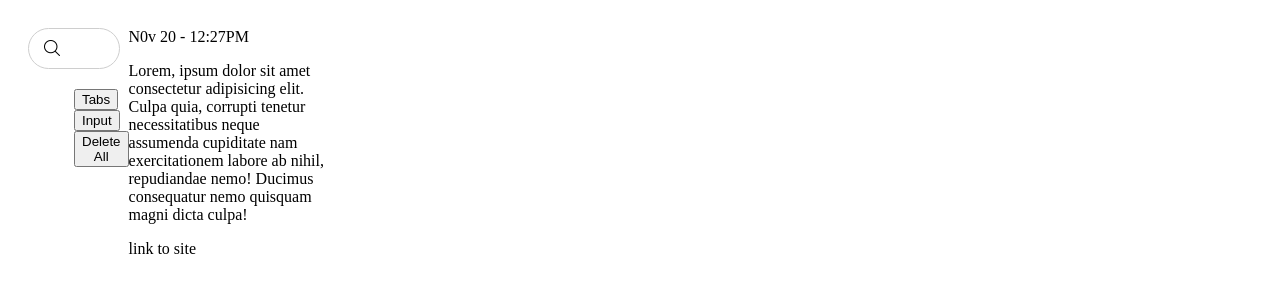
Repository: IdowuMicheal-1/Text-Tab-Organizer
Page: popup.html
These files come from the project's save history. The page is drawn as it stood at one moment and after a run of saves; the edit follows.
The browser window is 1280 px wide. The pictures show the whole page.

Above is the page before, as saved 2025-05-14 10:22:47.

### popup.html
<!DOCTYPE html>
<html lang="en">
  <head>
    <meta charset="UTF-8" />
    <meta name="viewport" content="width=device-width, initial-scale=1.0" />
    <link rel="stylesheet" href="./popup.css" />
    <title>Tabs</title>
  </head>
  <body>
    <div class="top-div">
        <div class="input-div">
      <input type="text" class="text-ipt"/>
      <img src="./assets/search.png" class="search-icon"/>
      </div>
      <div>
        <div>
          <h4>Save</h4>
          <button>Tabs</button>
          <button>Input</button>
        </div>
        <button>Delete All</button>
      </div>
      <div>
        <div>N0v 20 - 12:27PM</div>

        <p>
          Lorem, ipsum dolor sit amet consectetur adipisicing elit. Culpa quia,
          corrupti tenetur necessitatibus neque assumenda cupiditate nam
          exercitationem labore ab nihil, repudiandae nemo! Ducimus consequatur
          nemo quisquam magni dicta culpa!
        </p>
        <p>link to site</p>
      </div>
    </div>
    <script src="./popup.js"></script>
  </body>
</html>

### popup.css
body {
  width: 300px;
  padding: 20px;
  height: 100px;
  min-height: 100px;
}

.top-div{
    display: flex;
    align-items: ;
}

.input-div {
  position: relative;
}

.search-icon {
  position: absolute;
  top: 12px;
  left: 16px;
  width: 16px;
  height: 16px;
  color: #cecece;
  filter: brightness(20%);
}

.text-ipt {
  width: 100%;
  border-radius: 24px;
  padding: 12px 8px;
  border: 1px solid #cecece;
  padding-left: 36px;
  color: #303030;
}

Loaded but not shown: popup.js (no copy from this time; the picture is the same without it)

After the next 3 saves:
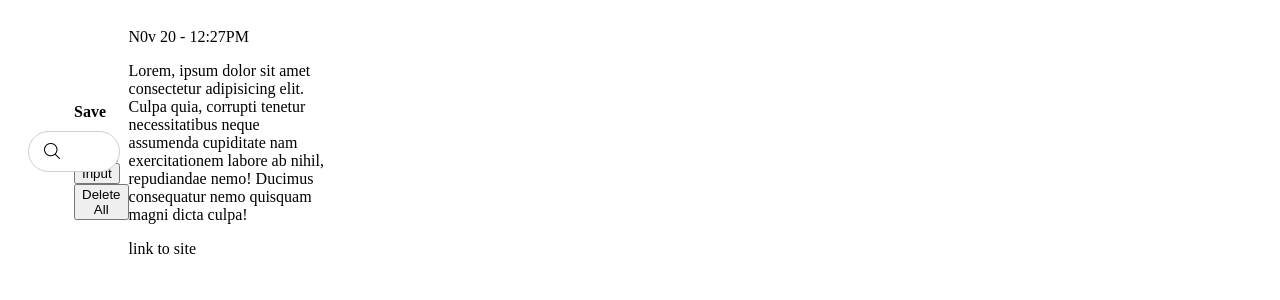
The 3 saves are shown as one change because they came seconds apart.
The last was saved 7 s later.
--- a/popup.css
+++ b/popup.css
@@ -7,7 +7,8 @@ body {
 
 .top-div{
     display: flex;
-    align-items: ;
+    align-items: center;
+    flex-direction: row;
 }
 
 .input-div {
